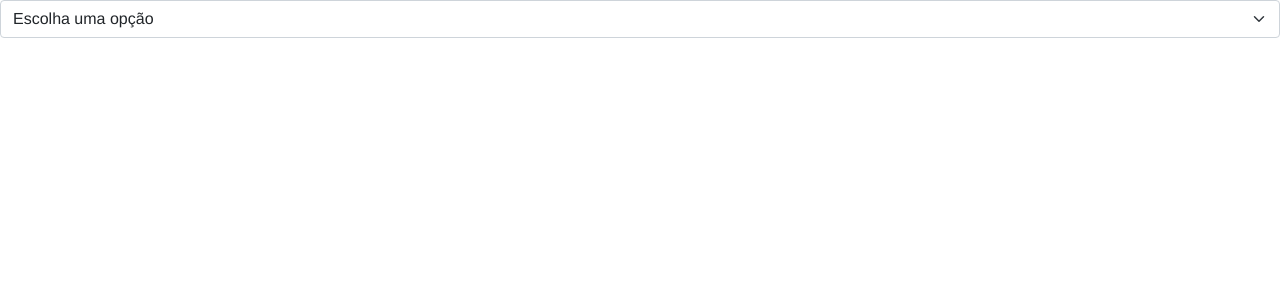
Repository: LuismGil/Countries-list
Page: /
The author's editor kept a copy of each file at every save. The page is drawn from the files as they stood at one save, then again after the next save.
The browser window is 1280 px wide. The pictures show the whole page.
The project was rebuilt for these pictures with package versions that can differ from the ones it lists, and the page was loaded fresh each time.

Above is the page before, as saved 2021-05-22 20:30:39.

After the next save:
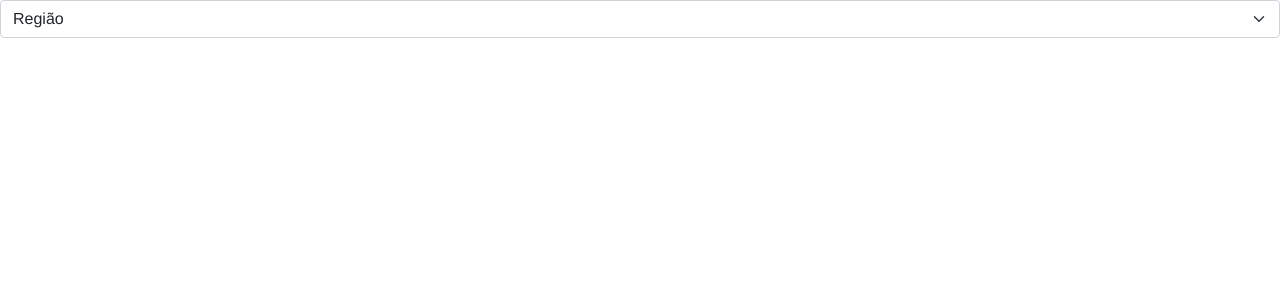
Saved 18 s later.
--- a/src/components/MvCountries.vue
+++ b/src/components/MvCountries.vue
@@ -1,7 +1,7 @@
 <template>
   <div>
     <select class="form-select" aria-label="Default select example">
-      <option selected>Escolha uma opção</option>
+      <!-- <option selected>Escolha uma opção</option> -->
       <option value="1">Região</option>
       <option value="2">Capital</option>
       <option value="3">Língua</option>

After the save that followed:
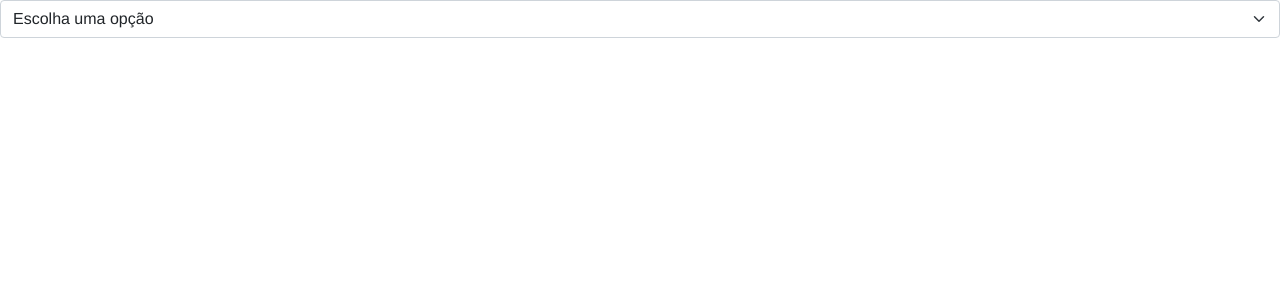
Saved 9 s later.
--- a/src/components/MvCountries.vue
+++ b/src/components/MvCountries.vue
@@ -1,7 +1,7 @@
 <template>
   <div>
-    <select class="form-select" aria-label="Default select example">
-      <!-- <option selected>Escolha uma opção</option> -->
+    <select class="form-select" aria-label="Escolha uma opção">
+      <option selected>Escolha uma opção</option>
       <option value="1">Região</option>
       <option value="2">Capital</option>
       <option value="3">Língua</option>
